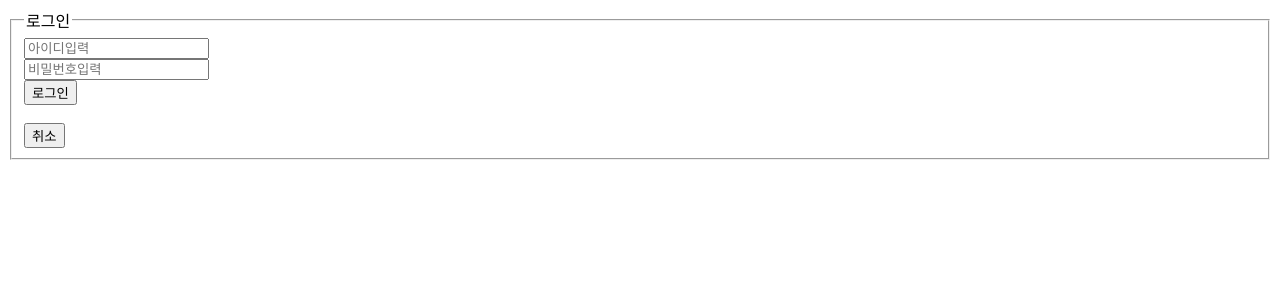
Repository: Rua1006/JSP
Page: http://localhost/practice01/login.jsp
These files come from the project's save history. The page is drawn as it stood at one moment and after the next save; the edit follows.
The browser window is 1280 px wide. The pictures show the whole page.
The page is served by Tomcat 9.

Above is the page before, as saved 2022-10-14 05:39:54.

After the next save:
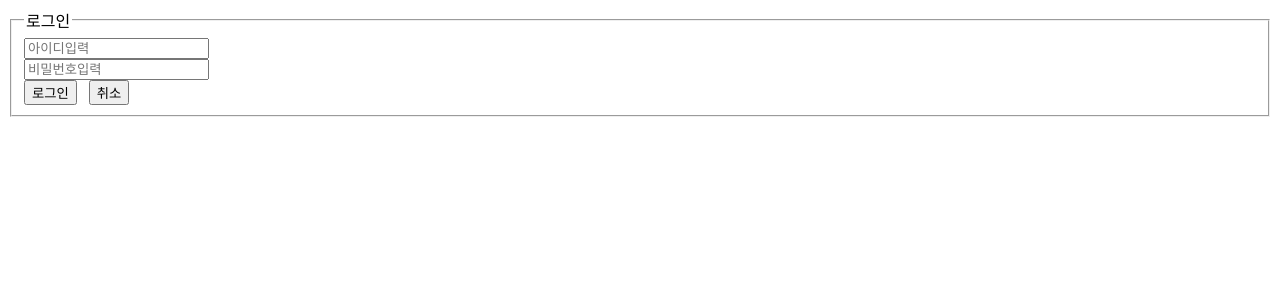
Saved 32 s later.
--- a/practice01/WebContent/login.jsp
+++ b/practice01/WebContent/login.jsp
@@ -6,7 +6,8 @@
 <meta charset="UTF-8">
 <title>로그인</title>
 <style>
-	input {display:block;}
+	.input_data {display:block;}
+
 
 </style>
 </head>
@@ -18,7 +19,7 @@
 				<table>
 					<tbody>
 						<input type="text" name="id" id="id" class="input_data" placeholder="아이디입력" >
-						<input type="password" name="pw" id="pw" placeholder="비밀번호입력">
+						<input type="password" name="pw" id="pw" class="input_data" placeholder="비밀번호입력">
 						<input type="submit" value="로그인"> &nbsp;
 						<input type="reset" value="취소">
 					</tbody>
